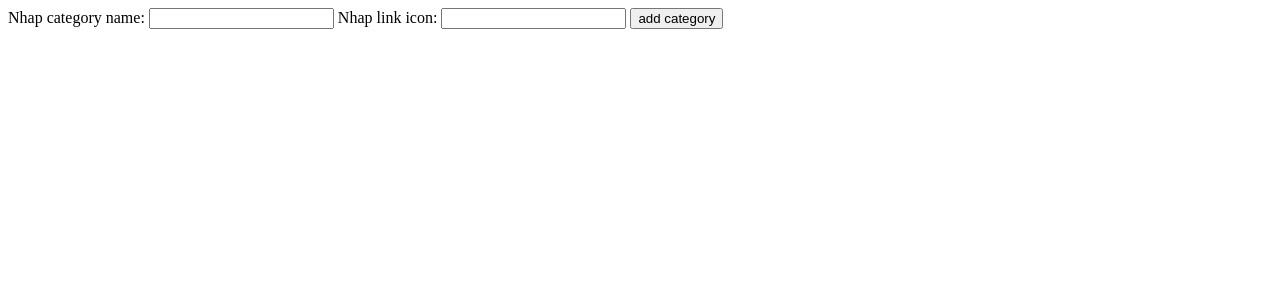
Repository: luansu/Web_My_Pham
Page: http://localhost/Selling/views/category/addCate.jsp
These files come from the project's save history. The page is drawn as it stood at one moment and after the next save; the edit follows.
The browser window is 1280 px wide. The pictures show the whole page.
The page is served by Tomcat 9. Nobody is signed in. The application's start-up code is not run. Other server files are loaded and not shown.

Above is the page before, as saved 2023-10-24 07:14:55.

### Selling/src/main/webapp/views/category/addCate.jsp
<%@ page language="java" contentType="text/html; charset=UTF-8"
    pageEncoding="UTF-8"%>

<%@ taglib uri="http://java.sun.com/jsp/jstl/core" prefix="c" %>
<!DOCTYPE html>
<html>
<head>
<meta charset="UTF-8">
<title>Insert title here</title>
</head>
<body>

	<form action="addCate" method="post">
		<label>Nhap category name:</label>
		<input type="text" name ="cateName">
		<label>Nhap link icon:</label>
		<input type="text" name ="images">
		<input type="submit" value="add category">
	</form>

</body>
</html>

After the next save:
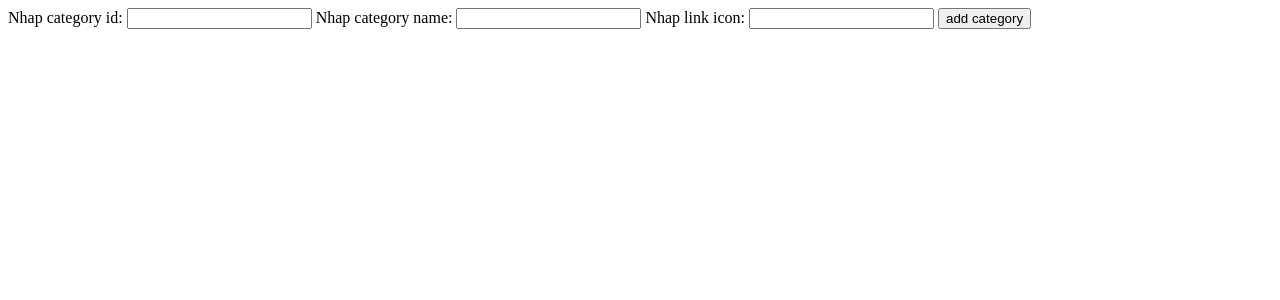
Saved 46 s later.
--- a/Selling/src/main/webapp/views/category/addCate.jsp
+++ b/Selling/src/main/webapp/views/category/addCate.jsp
@@ -11,6 +11,8 @@
 <body>
 
 	<form action="addCate" method="post">
+		<label>Nhap category id:</label>
+		<input type="text" name ="cateID">
 		<label>Nhap category name:</label>
 		<input type="text" name ="cateName">
 		<label>Nhap link icon:</label>
